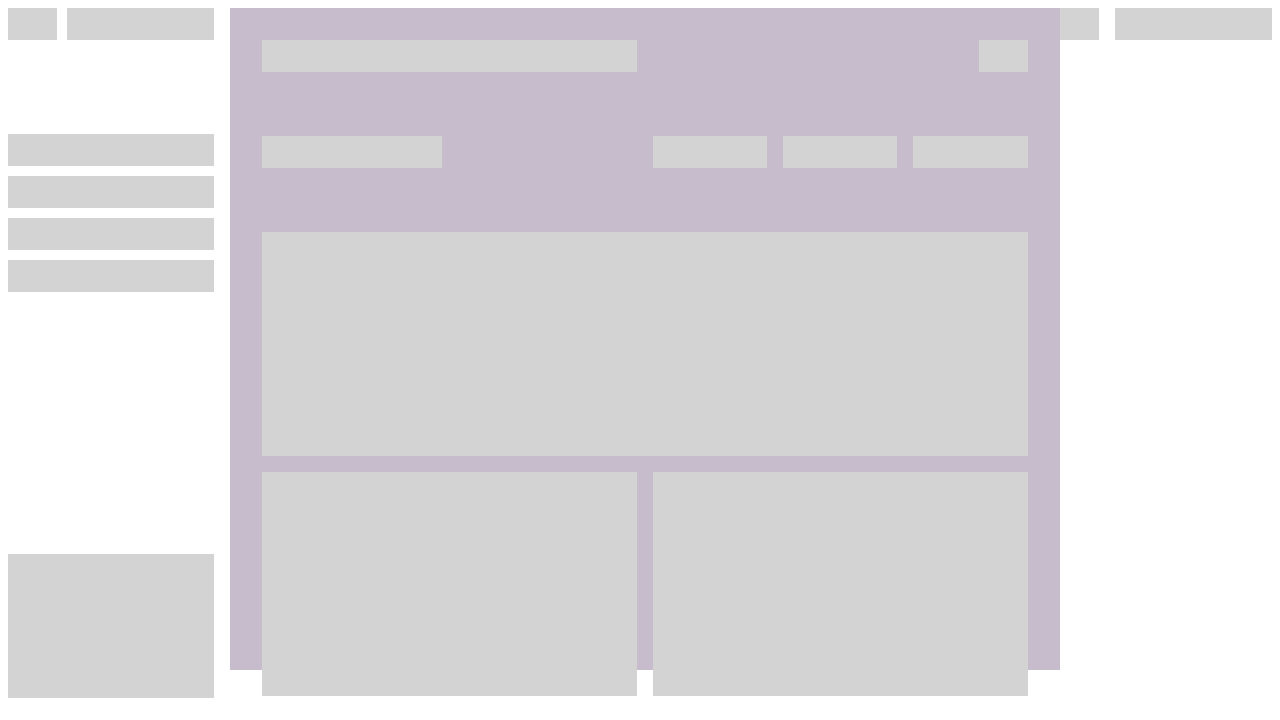
Repository: tr2cky/exercise2
Page: index.html
These files come from the project's save history. The page is drawn as it stood at one moment and after the next save; the edit follows.
The browser window is 1280 px wide. The pictures show the whole page.

Above is the page before, as saved 2022-10-01 18:45:46.

After the next save:
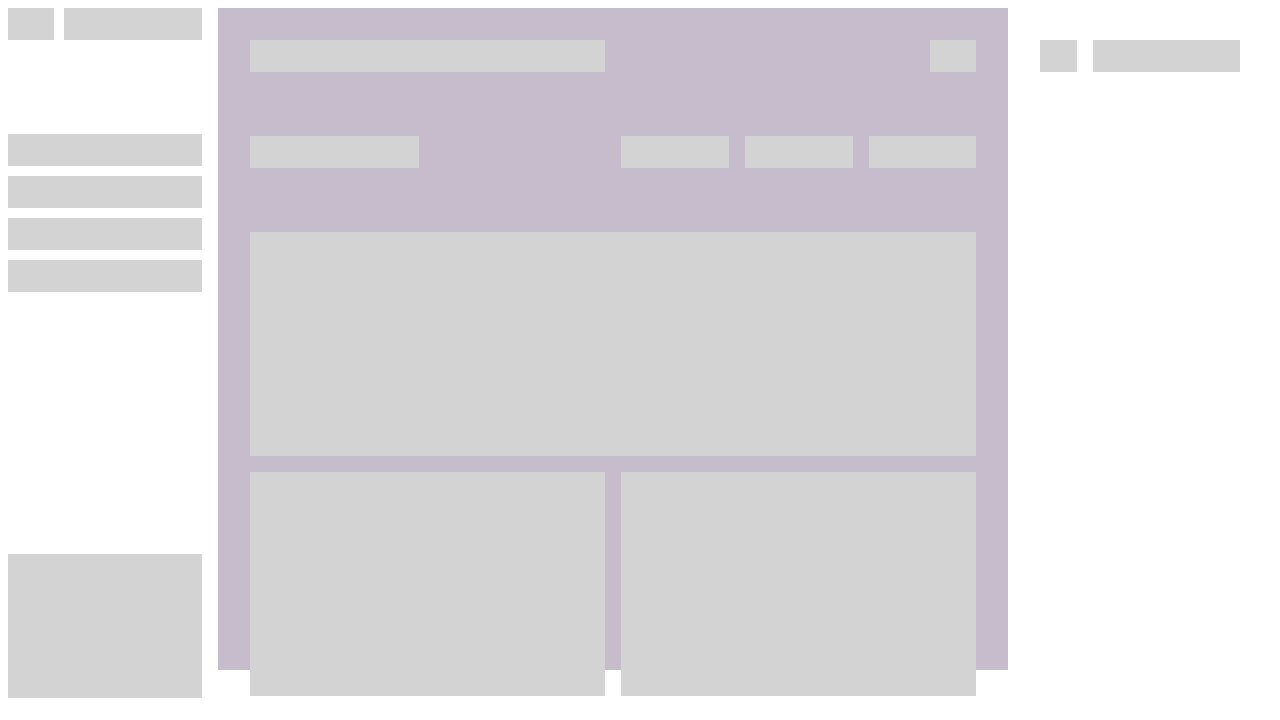
Saved 26 s later.
--- a/style.css
+++ b/style.css
@@ -106,4 +106,5 @@ main div,
     grid-template-columns: 1fr 4fr;
     grid-gap: 1em;
     grid-auto-rows: 2em;
+    padding: 2em;
 }
